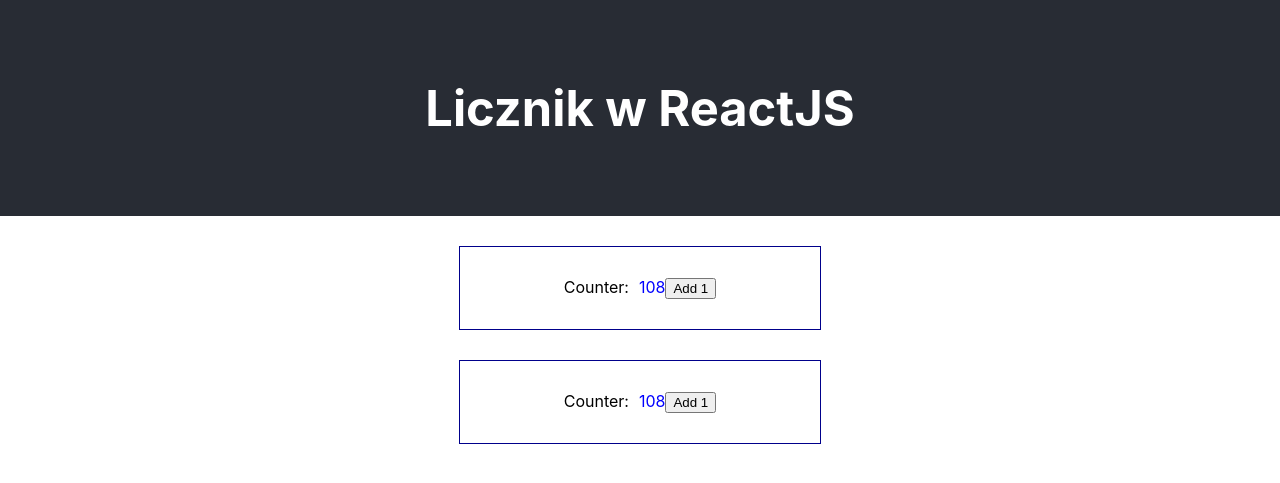
Repository: magdaf41/react-counter-app
Page: /
An editor plug-in stored every save of this project. The page is shown before and after the next save, followed by the edit.
The browser window is 1280 px wide. The pictures show the whole page.
The project was rebuilt for these pictures with package versions that can differ from the ones it lists, and the page was loaded fresh each time.

Above is the page before, as saved 2020-10-04 15:06:46.

After the next save:
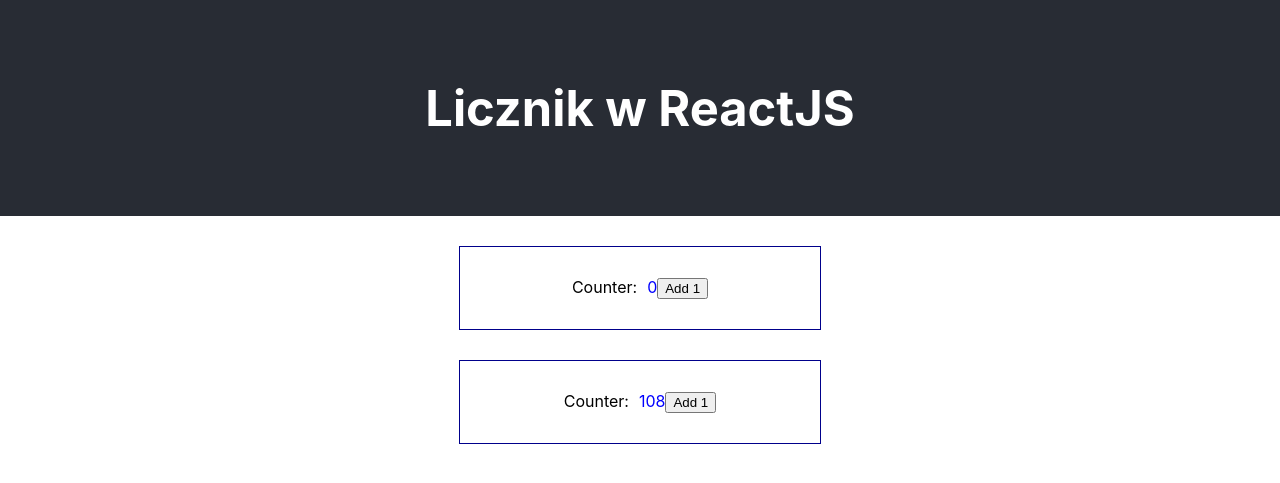
Saved 45 s later.
--- a/src/Display.js
+++ b/src/Display.js
@@ -4,7 +4,7 @@
 
     return (
         <span className="value">
-            {108}
+            {props.displayValue}
         </span>
     );
 }
